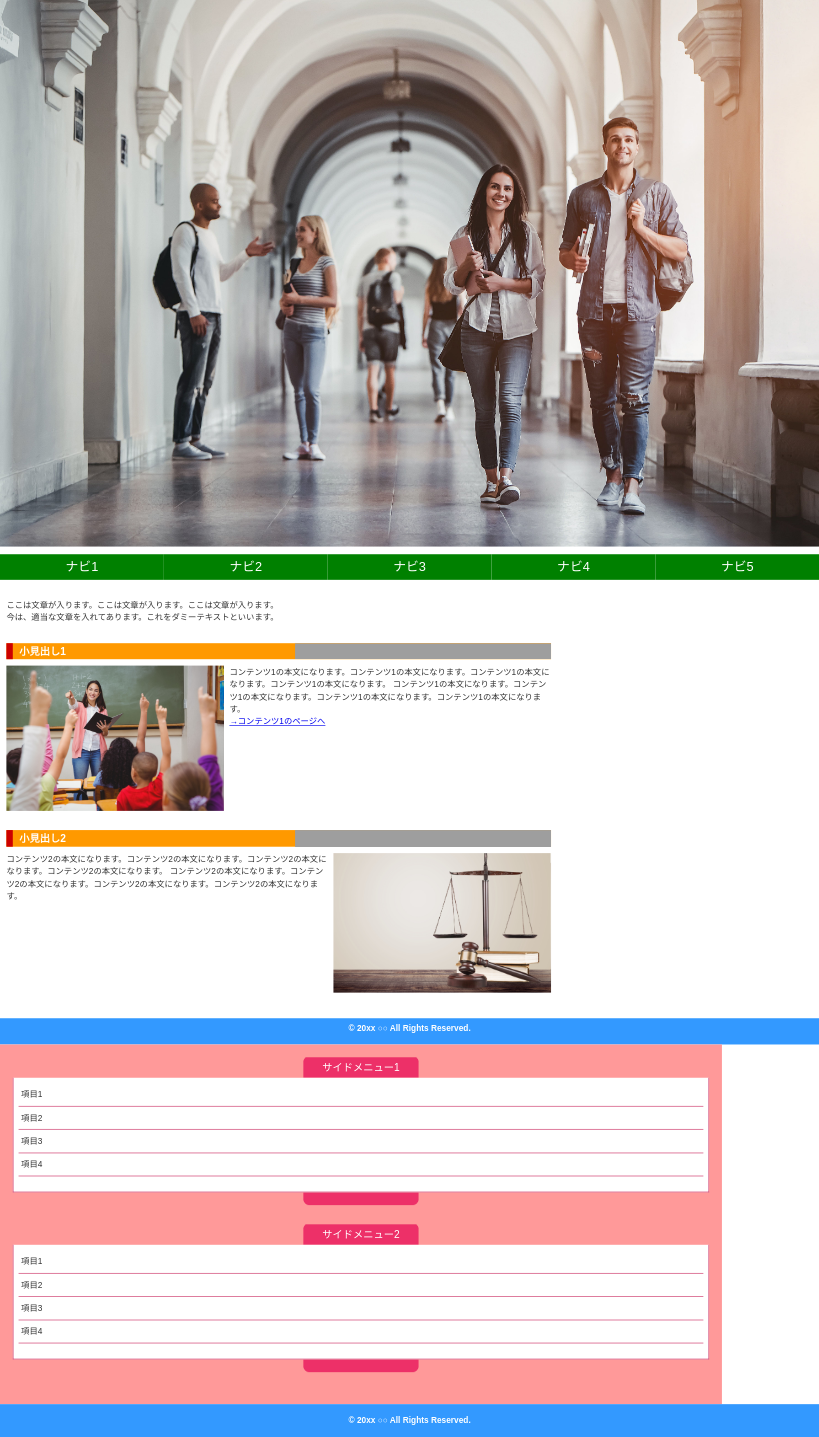
Repository: sho-pc123/samurai_HTML-CSS
Page: home.html
The author's editor kept a record of every edit. The page is drawn from the files as they stood at one moment, then again after the next edit.
The browser window is 1280 px wide. The pictures show the whole page, at 64% of full size.
Pictures or frames that could not be fetched are drawn as grey boxes.

Above is the page before.

After the next edit:
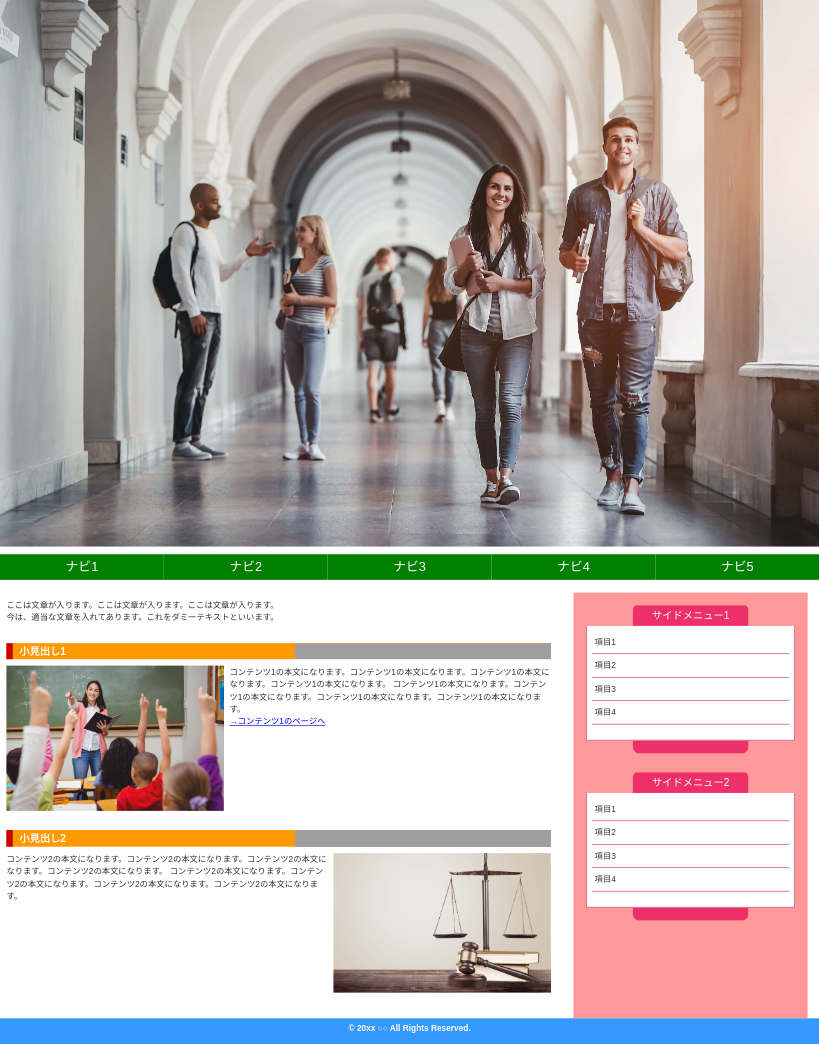
The edit:
--- a/home.html
+++ b/home.html
@@ -31,10 +31,10 @@
                             コンテンツ1の本文になります。コンテンツ1の本文になります。コンテンツ1の本文になります。コンテンツ1の本文になります。
                             コンテンツ1の本文になります。コンテンツ1の本文になります。コンテンツ1の本文になります。コンテンツ1の本文になります。
                         </p>
-                       <p><a href="#">→コンテンツ1のページへ</a></p>
+                        <p><a href="#">→コンテンツ1のページへ</a></p>
                     </div>
                     <div class="post clearfix">
-                       <h2>小見出し2</h2>
+                        <h2>小見出し2</h2>
                         <img class="right" src="images/scale.jpg" alt="天秤" />
                         <p>
                             コンテンツ2の本文になります。コンテンツ2の本文になります。コンテンツ2の本文になります。コンテンツ2の本文になります。
@@ -42,32 +42,28 @@
                         </p>
                     </div>
                 </div>
-            </div>
-        </div>
-        <div id="footer">
-            <p>&copy; 20xx ○○ All Rights Reserved.</p>
-        </div>
-         <div id="side">
-                <div class="box">
-                    <h2>サイドメニュー1</h2>
-                    <div class="boxBody">
-                        <ul>
-                            <li>項目1</li>
-                            <li>項目2</li>
-                            <li>項目3</li>
-                            <li>項目4</li>
-                        </ul>
+                <div id="side">
+                    <div class="box">
+                        <h2>サイドメニュー1</h2>
+                        <div class="boxBody">
+                            <ul>
+                                <li>項目1</li>
+                                <li>項目2</li>
+                                <li>項目3</li>
+                                <li>項目4</li>
+                            </ul>
+                        </div>
                     </div>
-                </div>
-                <div class="box">
-                    <h2>サイドメニュー2</h2>
-                    <div class="boxBody">
-                        <ul>
-                            <li>項目1</li>
-                            <li>項目2</li>
-                            <li>項目3</li>
-                            <li>項目4</li>
-                        </ul>
+                    <div class="box">
+                        <h2>サイドメニュー2</h2>
+                        <div class="boxBody">
+                            <ul>
+                                <li>項目1</li>
+                                <li>項目2</li>
+                                <li>項目3</li>
+                                <li>項目4</li>
+                            </ul>
+                        </div>
                     </div>
                 </div>
             </div>
@@ -77,5 +73,3 @@
         </div>
     </body>
 </html>
-    </body>
-</html>
